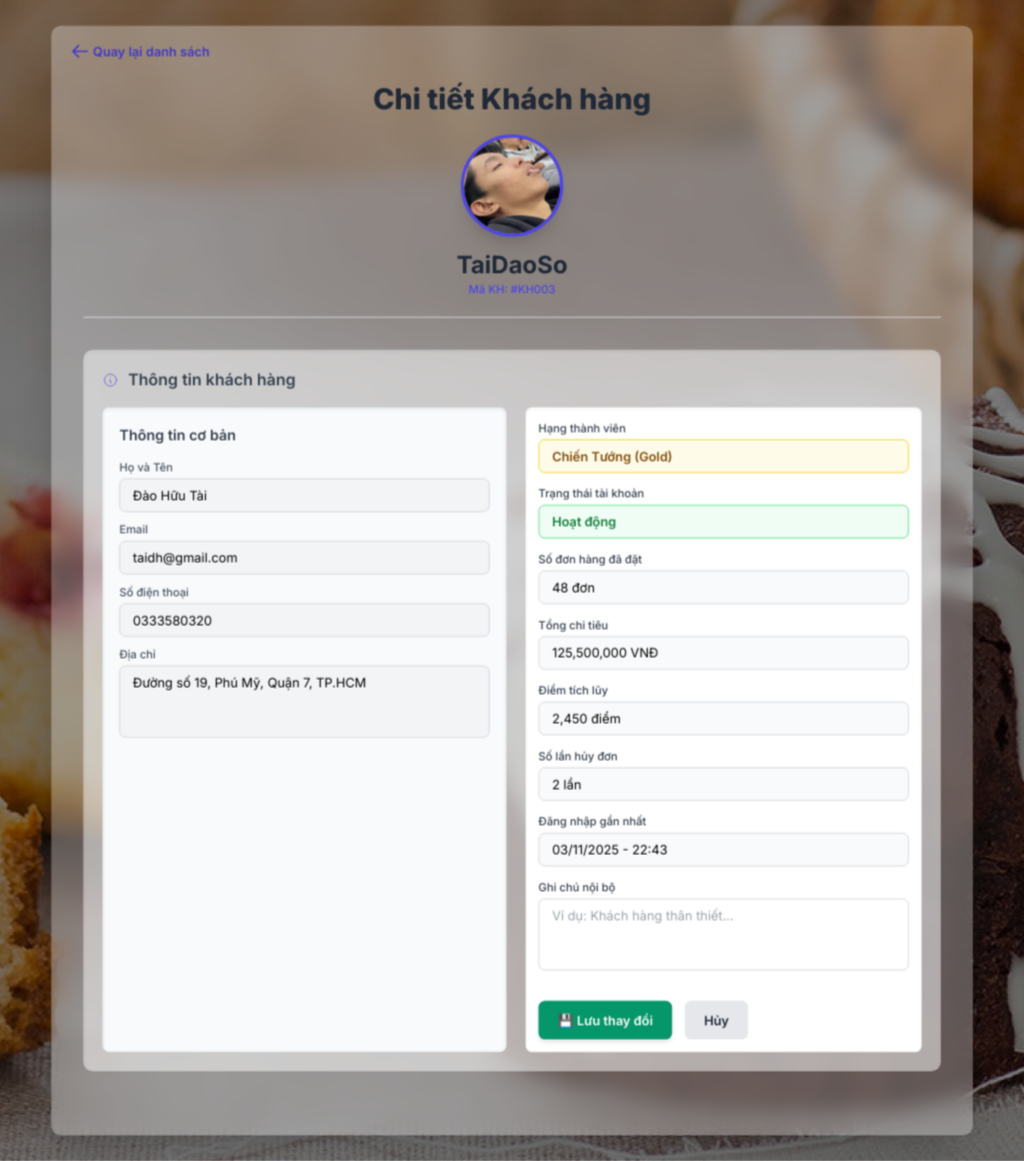
Repository: nhanto2n-byte/Nhom10ChieuThu3
Page: ProjectWeb/cake-main/member_profile.html
These files come from the project's save history. The page is drawn as it stood at one moment and after the next save; the edit follows.
The browser window is 1280 px wide. The pictures show the whole page, at 80% of full size.
Some web libraries are served in a nearby version.

Above is the page before, as saved 2025-11-11 08:44:24.

After the next save:
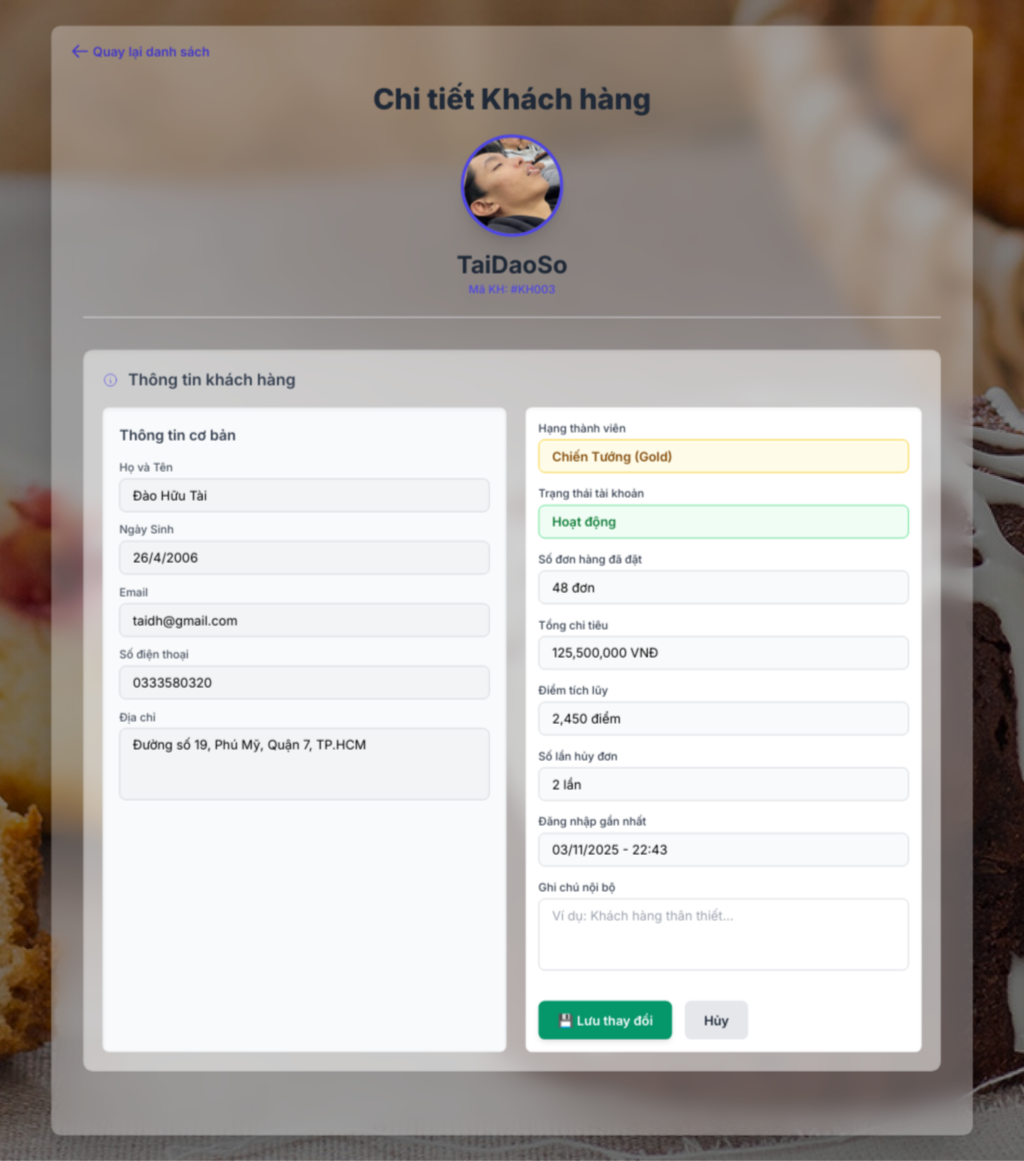
Saved 54 s later.
--- a/ProjectWeb/cake-main/member_profile.html
+++ b/ProjectWeb/cake-main/member_profile.html
@@ -80,6 +80,11 @@
               <div class="mb-3">
                 <label class="block text-sm font-medium text-gray-600">Họ và Tên</label>
                 <input type="text" value="Đào Hữu Tài" readonly
+                  class="mt-1 w-full px-4 py-2 border border-gray-300 bg-gray-100 rounded-lg" />
+              </div>
+               <div class="mb-3">
+                <label class="block text-sm font-medium text-gray-600">Ngày Sinh</label>
+                <input type="text" value="26/4/2006" readonly
                   class="mt-1 w-full px-4 py-2 border border-gray-300 bg-gray-100 rounded-lg" />
               </div>
 
